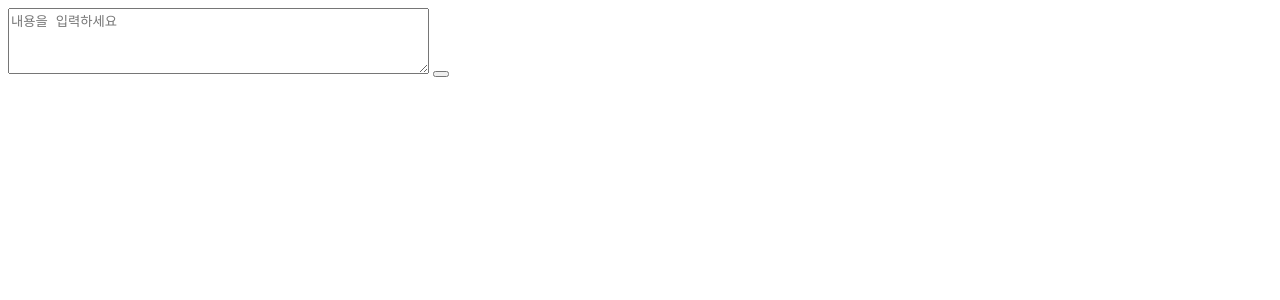
Repository: Yeojin0523/Survey
Page: http://localhost/Blog/Blog/InsertForm.jsp
These files come from the project's save history. The page is drawn as it stood at one moment and after the next save; the edit follows.
The browser window is 1280 px wide. The pictures show the whole page.
The page is served by Tomcat 9. Other server files are loaded and not shown.

Above is the page before, as saved 2024-07-28 04:12:42.

### Blog/src/main/webapp/Blog/InsertForm.jsp
<%@ page language="java" contentType="text/html; charset=EUC-KR"
    pageEncoding="EUC-KR"%>
<!DOCTYPE html>
<html>
<head>
<meta charset="EUC-KR">
<title>Insert</title>
</head>
<body>
	<div>
		<form action="addAction.jsp" method="post">
			<textarea name="text" placeholder="내용을 입력하세요" rows="4", cols="50"></textarea>
			<button type="submit" id="insertFormBtn" onclick="location.href='list.jsp'"></button>
		</form>
	</div>
</body>
</html>

After the next save:
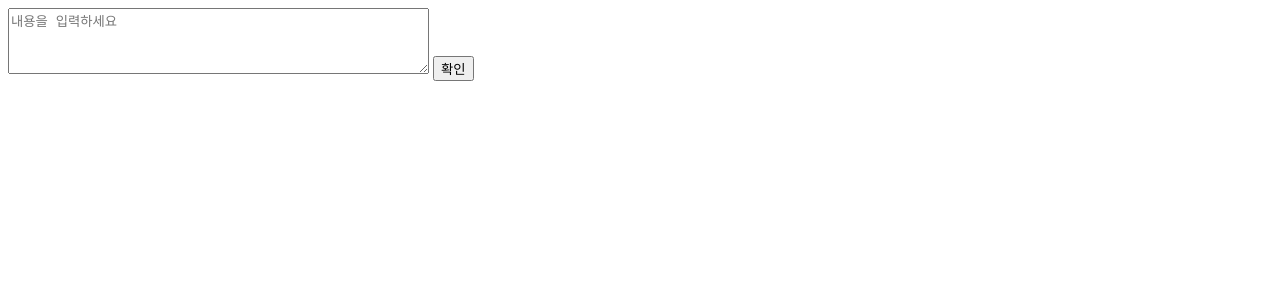
Saved 14 s later.
--- a/Blog/src/main/webapp/Blog/InsertForm.jsp
+++ b/Blog/src/main/webapp/Blog/InsertForm.jsp
@@ -10,7 +10,7 @@
 	<div>
 		<form action="addAction.jsp" method="post">
 			<textarea name="text" placeholder="내용을 입력하세요" rows="4", cols="50"></textarea>
-			<button type="submit" id="insertFormBtn" onclick="location.href='list.jsp'"></button>
+			<button type="submit" id="insertFormBtn">확인</button>
 		</form>
 	</div>
 </body>
